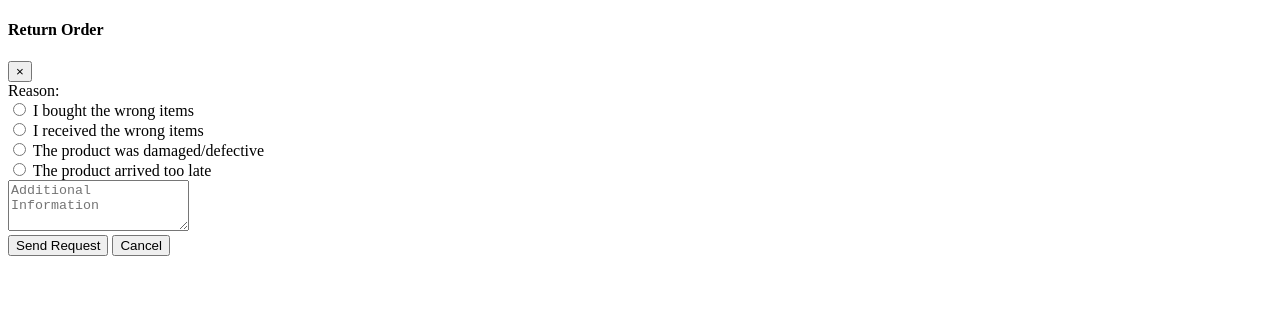
Repository: quockhuongtrann/Ecommerce-Website-With-Spring-Framework
Page: http://localhost/orders/return_order_modal
These files come from the project's save history. The page is drawn as it stood at one moment and after the next save; the edit follows.
The browser window is 1280 px wide. The pictures show the whole page.
The page is this project's Thymeleaf template; nobody is signed in. The template is opened directly, without the code that normally fills it, so the values that code supplies are empty.

Above is the page before, as saved 2023-01-17 10:02:55.

### ShopTqkProject/ShopTqkWebParent/ShopTqkFrontend/src/main/resources/templates/orders/return_order_modal.html
<!DOCTYPE html>
<html>
<body>
<div th:fragment="content" class="modal fade" id="returnOrderModal">
	<div class="modal-dialog">
		<div class="modal-content">
			<div class="modal-header">
				<h4 class="modal-title" id="returnOrderModalTitle">Return Order</h4>
				<button type="button" class="close" data-dismiss="modal">&times;</button>
			</div>

			<form onsubmit="return submitReturnOrderForm();">
				<div class="modal-body">
				<div id="divReason">
					<div>Reason:</div>
					<div>
						<input type="radio" name="returnReason" value="I bought the wrong items" required />
						I bought the wrong items
					</div>
					<div>
						<input type="radio" name="returnReason" value="I received the wrong items" />
						I received the wrong items
					</div>
					<div>
						<input type="radio" name="returnReason" value="The product was damaged/defective" />
						The product was damaged/defective
					</div>
					<div>
						<input type="radio" name="returnReason" value="The product arrived too late" />
						The product arrived too late
					</div>
					<div class="m-1">
						<textarea class="form-control" id="returnNote" rows="3" maxlength="120"
							placeholder="Additional Information"></textarea>
					</div>
				</div>
				</div>


				<div class="modal-footer">
					<button type="submit" class="btn btn-success" id="firstButton">Send Request</button>
					<button type="button" class="btn btn-danger" id="secondButton" data-dismiss="modal">Cancel</button>
				</div>
			</form>
		</div>
	</div>
</div>
</body>
</html>

After the next save:
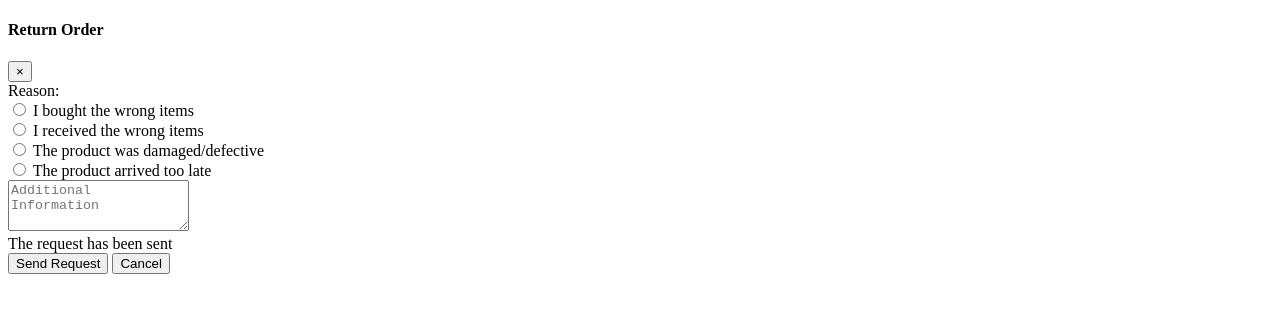
Saved 43 s later.
--- a/ShopTqkProject/ShopTqkWebParent/ShopTqkFrontend/src/main/resources/templates/orders/return_order_modal.html
+++ b/ShopTqkProject/ShopTqkWebParent/ShopTqkFrontend/src/main/resources/templates/orders/return_order_modal.html
@@ -34,6 +34,7 @@
 							placeholder="Additional Information"></textarea>
 					</div>
 				</div>
+				<div id="divMessage">The request has been sent</div>
 				</div>
 
 
